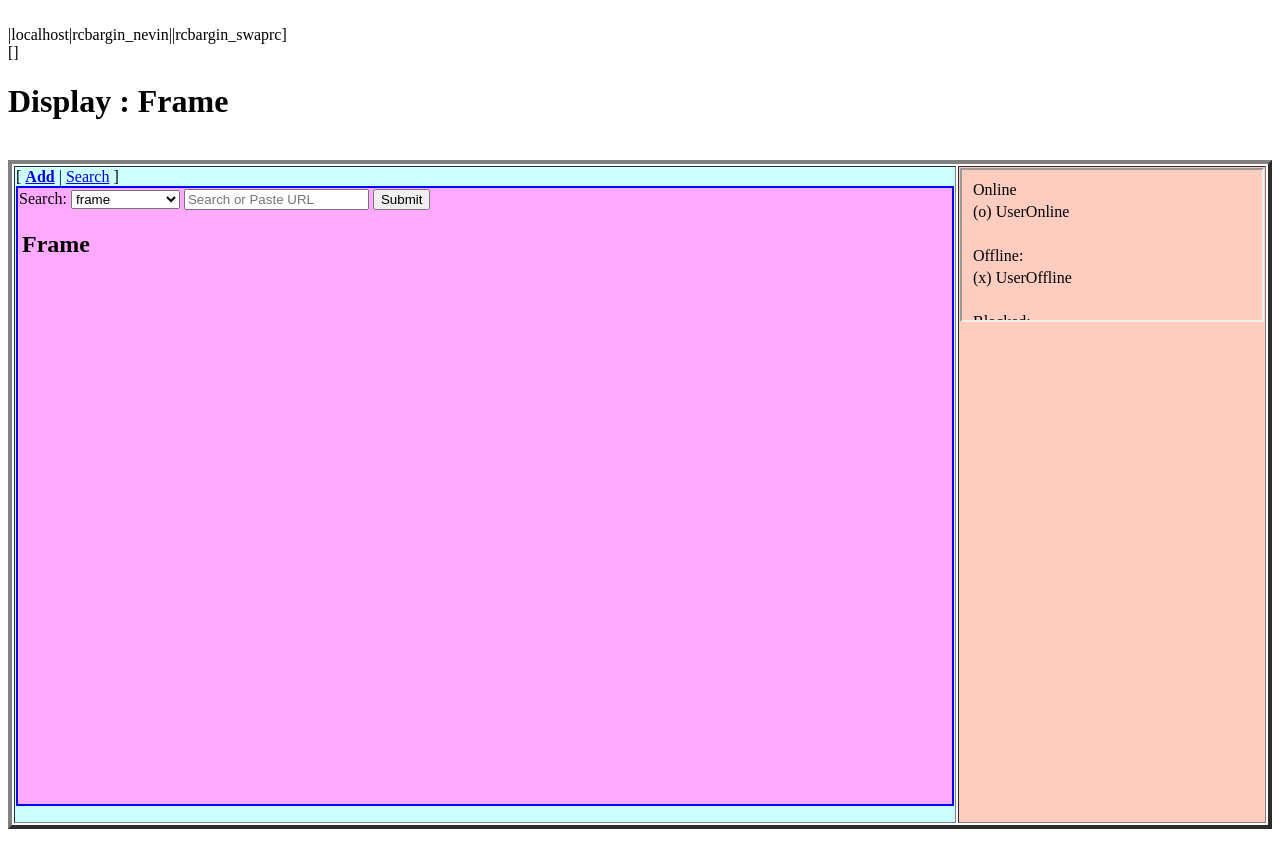
Repository: nevinleiby/SwapRC
Page: http://localhost/display_item.php
The author's editor kept a copy of each file at every save. The page is drawn from the files as they stood at one save, then again after the next save.
The browser window is 1280 px wide. The pictures show the whole page.
The page is run by PHP 8.4 with error messages shown; the project is at /var/www/html/. Queries for data that is not in the repository find no rows.

Above is the page before, as saved 2019-09-10 16:16:17.
Console error (its wording comes from the project's code and is left out).

### display_item.php
<?php
    //require_once 'login_cobalt.php';
    require_once 'login_bluehost.php';
    require_once 'quad_spec_processing.php';
    require_once 'quad_sql_commands.php';


    $connection = new mysqli($hn, $un, $pw, $db);
    echo '<br>|'. $hn .'|'. $un .'|'. '|'. $db.']<br>';
    echo '['.$connection->connect_error . ']';


    // Define categories as an array
    //$categories =    array (
    //        'frame',
    //        'fc',
    //        'bnf',
    //        'esc',
    //        'motor',
    //        'prop',
    //    'fpv_camera',
    //    'transmitter',
    //    'antenna',
    //    'vtx',
    //    'receiver',
    //    'battery',
    //    'pdb',
    //    'hardware',
    //    'print',
    //    'goggle',
    //    'video_monitor',
    //    'video_receiver',
    //    'swag'
    //);


    // Define categories as a named array/hash:
    $categories =    [
        'antenna' => 'antenna',
        'battery' => 'battery',
        'bnf' => 'bnf',
        'esc' => 'esc',
        'fc' => 'fc',
        'fpv_camera' => 'fpv_camera',
        'frame' => 'frame',
        'generic' => 'generic',
        'goggle' => 'goggle',
        'hardware' => 'hardware',
        'motor' => 'motor',
        'pdb' => 'pdb',
        'print' => 'print',
        'prop' => 'prop',
        'receiver' => 'receiver',
        'swag' => 'swag',
        'transmitter' => 'transmitter',
        'video_monitor' => 'video_monitor',
        'video_receiver' => 'video_receiver',
        'vtx' => 'vtx'
    ];


    $table_name = '';

    //echo '==================' . isset($_POST['category']) . '=================<br>';
    if (isset($_POST['category']))
    {
        $q_category = $_POST['category'];
        $q_category = strip_tags($q_category);
        echo "----$q_category---";


        // Compare available categories and make sure that user selected an actual category:
        foreach ($categories as $item)
        {
            if ($item == $q_category)
            {
                $table_name = $item;
                //echo "Requested ($q_category) vs actual ($item)<br>";
                break;
            }
        }

        // Default if there is not a valid table used:
        if ($table_name == '')
        {
            $table_name = 'frame';
        }
    }
    elseif (isset($_GET['category']))
    {
        $q_category = $_GET['category'];
        $q_category = strip_tags($q_category);

        //echo '----7' . $q_category . '7---';

        // Compare available categories and make sure that user selected an actual category:
        foreach ($categories as $item)
        {
            //echo "Requested ($q_category) vs actual ($item)<br>";

            if ($item == strtolower ($q_category))
            {
                $table_name = $item;
                //echo "MATCH ($q_category) vs actual ($item)<br>";
                //echo "Requested ($q_category) vs actual ($item)<br>";
                break;
            }
        }
    }

    // Default if there is not a valid table used:
    if ($table_name == '')
    {
        $table_name = 'frame';
    }

    $category = ucfirst ($table_name);

    //echo '--------------9' . $table_name . '9---------------<br>';

    $query = "SELECT * FROM $table_name";
    $result = $connection->query($query);

    if (! $result) die ("Fatal Error");
    $number_of_rows = $result->num_rows;
    //echo "((($row)))<br>";

    //echo "<br><br>STARTING DATA EXTRACTION [<br>";

    // Step through each result:
    //for ($j = 0; $j < $rows ; ++$j)
    //{
    //   $result->data_seek($j);
    //    //echo .htmlspecialchars ($result->fetch_assoc()['test']) . '<br>';
    //    echo "((" . htmlspecialchars($result->fetch_assoc()['frequency']) . '))<br>';
    //    $result->data_seek($j);
    //    echo "((" . htmlspecialchars($result->fetch_assoc()['number_of_channels']) . '))<br>';
    //}

    //// Step through each result:
    for ($j = 0; $j < $number_of_rows ; ++$j)
    {
        $row = $result->fetch_array(MYSQLI_NUM);

        //echo "((" . htmlspecialchars($row['frequency']) . '))<br>';
        //echo print_f($row);
        for ($item = 0; $item < 10; ++$item)
        {
            // INPUT VALUES:
            //echo "Item $item: " . htmlspecialchars($row[$item]) . "<br>\n";
        }

    }
    //echo "]ENDED EXTRACTION<br>";



    /////////////////////////////////////////////////////////////////////////////////////////////////////////////
    /////////////////////////////////////////////////////////////////////////////////////////////////////////////
    /////////////////////////////////////////////////////////////////////////////////////////////////////////////

    //////////////////////////////
    // TRY TO GET TABLE COLUMNS
    //    https://www.codexworld.com/how-to/get-column-names-from-table-in-mysql-php/
    //
    // Ultimately worked by following:
    //    https://stackoverflow.com/questions/4165195/mysql-query-to-get-column-names/4165253
    /////////////////////////////


    // Query to get columns from table
    //$result = $connection->query("SELECT COLUMN_NAME FROM INFORMATION_SCHEMA.COLUMNS WHERE TABLE_SCHEMA = '$db' AND TABLE_NAME = '$table_name'");

    // single column name:
    //$next_row = $result->fetch_assoc();
    //echo $next_row;

    //$next_row = $result->fetch_assoc();
    //echo "<br>ROW: |$next_row|<br>";
    //foreach ($next_row as $column_name)

    //only grabs the first column name:
    //foreach ($next_row = $result->fetch_assoc() as $column_name)
    //{
    //    //$result[] = $next_row;
    //    echo "<br>ROW: |$next_row|[$column_name]<br>";
    //    foreach ($next_row as $column_name_item)
    //    {
    //        echo "-----|$column_name_item|----<br>";
    //    }
    //}

    // Only selects the first column name:
    //foreach ($next_row = $result->fetch_assoc() as $column_name)
    //{
    //    $columns[] = $next_row;
    //    echo "<br>=|$next_row|=<br>";
    //    echo "<br>=|" . $columns[0] . "|=<br>";
    //    print_r ($columns);

    //    // Still grabs only first column name:
    //    //foreach ($columns as $column_name)
    //    //{
    //    //    echo "-=|$column_name|=-<br>";
    //    //}

    //   for ($column_number = 0; $column_number <= 2; $column_number++)
    //    {
    //        echo "====*" . $columns[$column_number] . "*======<br>";
    //    }
    //}


    ///////////// WORKS!!!!!!!!!!!!!!!!!!!!!!!!!!!!
    /// https://stackoverflow.com/questions/4165195/mysql-query-to-get-column-names/4165253
    //$sql = "SHOW COLUMNS FROM $table_name";
    //$result = mysqli_query($connection,$sql);
    //while($row = mysqli_fetch_array($result)){
    //    echo $row['Field']."<br>";
    //}


    // Grab each column name:
    //     (likely could be optomized by INFORMATION_SCHEMA.COLUMNS WHERE TABLE_SCHEMA methology)
    //
    // WORKS!!!!!
    /// https://stackoverflow.com/questions/4165195/mysql-query-to-get-column-names/4165253

    $query = "SHOW COLUMNS FROM $table_name";
    $result = $connection->query($query);

    $search_input_text = '';
    while($row = mysqli_fetch_array($result))
    {
        //echo $row['Field']."<br>";
        //echo '<input onClick="this.select();" type=text name="' . $row['Field'] . '" placeholder="' . $row['Field'] . '"><br>';

        // Pretty form of INPUT box
        $search_input_text .= "\n" . '<input onClick="this.select();" type=text name="' . $row['Field'] . '" placeholder="' . $row['Field'] . '">&nbsp; ' .  $row['Field'] . '<br>';

        // INPUT box but with default values:
        //$search_input_text .= "\n" . '<input onClick="this.select();" type=text name="' . $row['Field'] . '" value="' . $row['Field'] . '1">' . $row['Field'] . '<br>';

        // TESTING <INPUT>:
        //$search_input_text .= "\n" . '<input onClick="this.select();" type=text name="' . $row['Field'] . '" value="' . '1">' . $row['Field'] . '<br>';
    }


    // Read all of the column names:
    //foreach ($next_row = $result->fetch_assoc())
    //{
    //    echo $next_row;
    //}


    //while ($next_row = $result->fetch_assoc())
    //{
    //    $result[] = $next_row;
    //    echo $next_row;
    //}

    // Array of all column names
    //$columnArr = array_column($result, 'COLUMN_NAME');

    /////////////////////////////////////////////////////////////////////////////////////////////////////////////
    /////////////////////////////////////////////////////////////////////////////////////////////////////////////
    /////////////////////////////////////////////////////////////////////////////////////////////////////////////


    // Now generate the available options:
    $select_options_text = select_item(strtolower($category), $categories);

    // Associative array to add to the table:
    $row_add_array;

    // Process the input:
    while (1)
    {
        // Doesn't permit name=value pairs...you need a KEY=VALUE
        //foreach ($_POST as $item)

        // Get the name=value pairs:
        // https://stackoverflow.com/questions/5479999/foreach-value-from-post-from-form

        foreach ($_POST as $key => $value)
        {
            //echo 'name=('. $key . ')|  value=|' . $_POST[$key] . '|| [' . $value . ']<br>';
            //echo 'name=('. $key . ')|  value=|' . $_POST[$key] . '||<br>';

            $row_add_array[$key] = $value;
        }
        break;
    }



    // Displaying contents of the Category's
    //$display_result = $connection->query("SELECT id from $category");
    $display_result = $connection->query("SELECT * from $category");
    if ( ! $display_result) die ("Fatal Error");

    $rows = $display_result->num_rows;

    for ($j = 0; $j < $rows; ++$j)
    {
        $row = $display_result->fetch_array(MYSQL_ASSOC);

        // Display a link for the particular item.
        //   Item should be a link within the Category DB, which will then be able to unit with Entry DB.
        //   If the Entry DB is referenced without referencing the Category DB, then it could be harder to link
        echo '<a href="./display_item.php?' . $category . '=' . $row['id'] . '&category=' . $category . '">' . $row['id'] . '('. $row['type1'] . ')</a>';
        echo '<a href="' . $row['url_distributor1'] . '">(url)</a><br>';
    }


    $result->close();
    $connection->close();

    /////////////////////////////////////////////////////////////////////////////////////////////////////////////////////////////////////////////////////////

    ///////////////////////////////////
    // Function definitions
    ///////////////////////////////////

    /////////////////////////
    // GET_POST
    /////////////////////////
    function get_post ($connection, $var)
    {
        return $connection->real_escape_string($_POST[$var]);
    }

    /////////////////////////
    // SELECT_ITEM
    /////////////////////////
    // Create the <INPUT> tags and select the choosen category:
    function select_item ($category, &$categories)
    {

            //echo "category=($category), categories=(" . $categories['vtx'] . ')<br>';
            //echo "entering with default of ($category)";

            // Define the return text string:
            $return_text = '';

            // Step through each category:
            foreach ($categories as $curr_category)
            {

                // Select the current category:
                $curr_category = $categories[$curr_category];
                //echo '<br>[[[[[[<b>' . $curr_category . '</b>| vs |' . $category . ']]]]]]]]]]';

                // Basic <OPTION> statement, to be appended to the selected item if necessary:
                $return_text .= '<option value = "' . $curr_category . '"';

                // compare the desired category ($category) with the current category:
                if ($curr_category == $category)
                {
                    // This the is desired category....select it now:
                    $return_text .= ' SELECTED ';
                    //echo '<br>SELECTED ' . $curr_category . "<br>";
                }

                $return_text .= '>' . $curr_category . '</option>' ."\n";
            }

            // Return <OPTION> array, including the one that is SELECTED:
            return $return_text;
    }


/////////////////////////////////////////////////////////////////////////////////////////////////////////////////////////////////////////////


echo <<<_END
<html>
    <title>
        SwapRC:Display
    </title>
    <body>
            <h1>Display : $category</h1>
            <form action="./add_interface.php" method="post">

            <br>
            <table border=4 width=100% height=95%>
                <tr border=4 height=95%>
                    <td width = 80% border=2 bgcolor="#ccffff" valign=top height=95%>
                        [
                        <b><a href="./add_interface.php">Add</a></b> |
                        <a href="./search_interface.php">Search</a>
                        ]


                        <br>
                        <table width=100% height=95% bgcolor=blue>
                            <tr height=95% style="height:95%">
                                <td valign=top bgcolor="#ffaaff" style="height:95%">
                                    Search:
                                    <select name="category">
                                        $select_options_text
                                    </select>
                                    <input onClick="this.select(); type=text name="Name" placeholder="Search or Paste URL">
                                    <input type=submit name="submit">

                                    <br><br>
                                    <table>
                                        <tr>
                                            <td valign=top>
                                                <h2>$category</h2>
                                            </td>
                                            <td valign=top>
                                                $search_input_text
                                            </td>
                                        </tr>
                                    </table>

                                </td>




                            </tr>
                        </table>
                        </form>

                    </td>
                    <td border=2 bgcolor="ffccccc" valign=top height=95%>
                        <frameset>
                            <iframe src="./frame_users.html">
                        </frameset>
                    </td>
                </tr>
            </table>
    </body>

</html>
_END;
?>

### login_bluehost.php
<?php
    // login_bluehost.php
    $hn = 'localhost';
    $db = 'rcbargin_swaprc';
    $un = 'rcbargin_nevin';
    $pw = 'kdie4all';

?>

### quad_spec_processing.php
<?php

    // Data processing functions:

    ///////////////////////////////////////////////
    // check_parameter
    //    Simplified method for data checking based upon parameter name
    //    $value = check_parameter($parameter_type, $value);
    ///////////////////////////////////////////////
    function check_parameter ($parameter_type, $value)
    {
        $return_value = 0;

        switch ($parameter_type)
        {
            case 'id':
                if (is_numeric($value))
                {
                     $return_value = $value;
                }
                else
                {
                    $return_value = 1;
                }
                break;

            // Character checking:
            case 'processor':
            case 'gyro':
            case 'mounting_holes':
            case 'osd':
            case 'firmware':
            case 'voltage_control':
            case 'antenna_connector':
            case 'filament_type':
            case 'polarization':
            case 'bandwidth':
            case 'material':
            case 'swr':
            case 'gain':
            case 'battery_type':
            case 'receiver':
            case 'transmitter':
            case 'goggles':
            case 'esc_type':
            case 'stack_size':
            case 'protocols_supported':
            case 'image_aspect_ratio':
            case 'lens':
            case 'prints':
            case 'camera_sizes':
            case 'resolution':
            case 'hdmi_in':
            case 'hardware_type':
            case 'color':
            case 'mounting_screw':
            case 'output_5v':
            case 'output_10v':
            case 'lens':
            case 'frequency':
            case 'swag_size':
            case 'access':
            case 'spectrum_analyzer':
            case 'screen':
            case 'video_signal':
            case 'jr':
            case 'operating_system':
            case 'training_function':
            case 'charging_interface':
            case 'opentx':
            case 'compatibility':
            case 'video_format':
            case 'receiver_method':
            case 'rf_sensitivity':
            case 'antenna_connections':
            case 'band':
            case 'type1':
            case 'type2':
            case 'manufacturer':
            case 'model':
            case 'release_year':
            case 'dimension':
            case 'shipping_restriction':
            case 'id_code':
            case 'country_of_origin':
                if ($value != '')
                {
                    $return_value = $value;
                }
                else
                {
                    $return_value = '';
                }
                break;

            // Numerical checking
            case 'voltage_min':
            case 'voltage_max':
            case 'operating_voltage':
            case 'antenna_length':
            case 'c_rating':
            case 'mah':
            case 'length':
            case 'width':
            case 'height':
            case 'frame_size':
            case 'size':
            case 'amps_max':
            case 'fov':
            case 'arms':
            case 'stacks':
            case 'kv':
            case 'stator_diameter':
            case 'stator_height':
            case 'shaft_size':
            case 'prop_length':
            case 'blades':
            case 'cw':
            case 'ccw':
            case 'number_of_channels':
            case 'transmit_power_min':
            case 'transmit_power_max':
            case 'model_memories':
            case 'antenna_num':
                if (is_numeric($value))
                {
                    $return_value = $value;
                }
                else
                {
                    //echo "<br>|$parameter_type| => |$value|<br>";
                    $return_value = 0;
                }
                break;

            // URL checking:
            case 'url':
                $return_value = check_url($url);
                break;
            // Default:
            default:
                break;
        }
        return $return_value;
    }

    function check_url ($url)
    {
        //if ($url)
        //{
        //    $url .= '';
        //}
        return $url;
    }

?>

### frame_users.html
<html>
    <title>
        SwapRC : Users
    </title>
    <body>
        <table>
            <tr><td>Online</td></tr>
            <tr><td>(o) UserOnline</td></tr>

            <tr><td>&nbsp;</td></tr>
            <tr><td>Offline:</td></tr>
            <tr><td>(x) UserOffline</td></tr>

            <tr><td>&nbsp;</td></tr>
            <tr><td>Blocked:</td></tr>
            <tr><td>(b) UserBlocked</td></tr>

        </table>
    </body>
</html>

Loaded but not shown: quad_sql_commands.php (375 lines, source omitted)

After the next save:
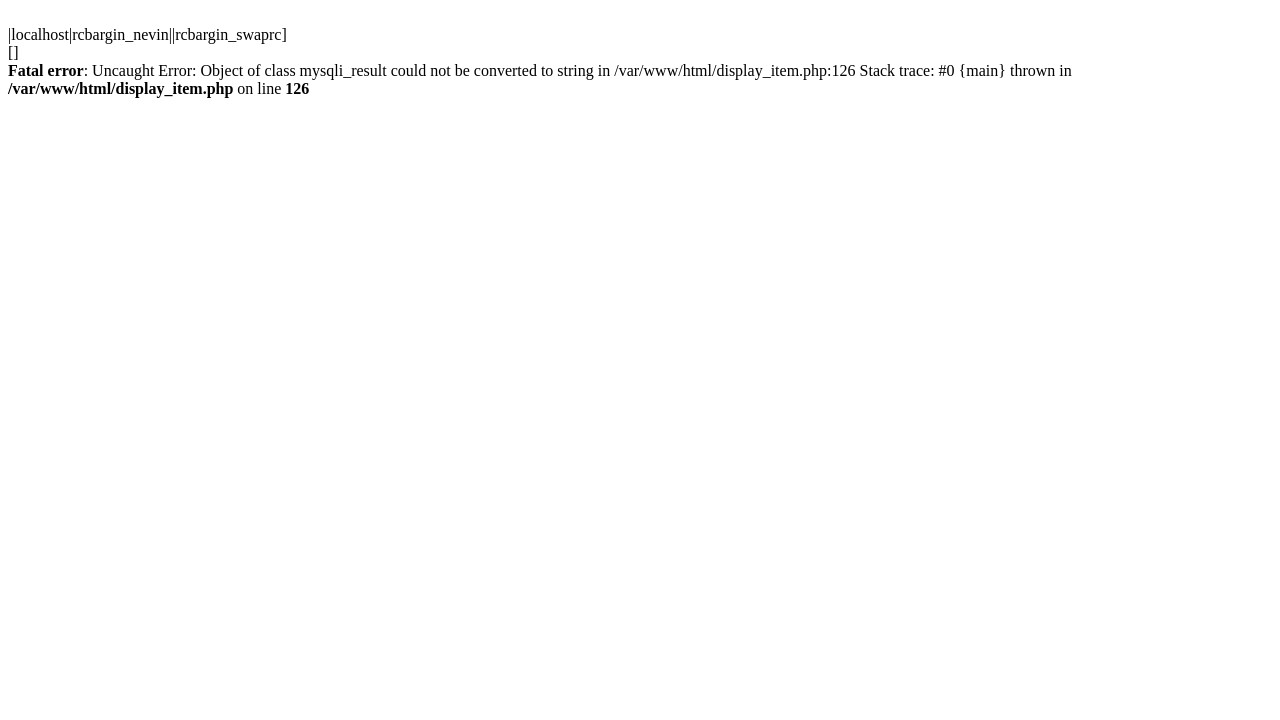
The error is gone.
Saved 102 s later.
--- a/display_item.php
+++ b/display_item.php
@@ -121,7 +121,10 @@
     $query = "SELECT * FROM $table_name";
     $result = $connection->query($query);
 
-    if (! $result) die ("Fatal Error");
+    //if (! $result) die ("Fatal Error");
+
+    echo "[$result]";
+
     $number_of_rows = $result->num_rows;
     //echo "((($row)))<br>";
 
